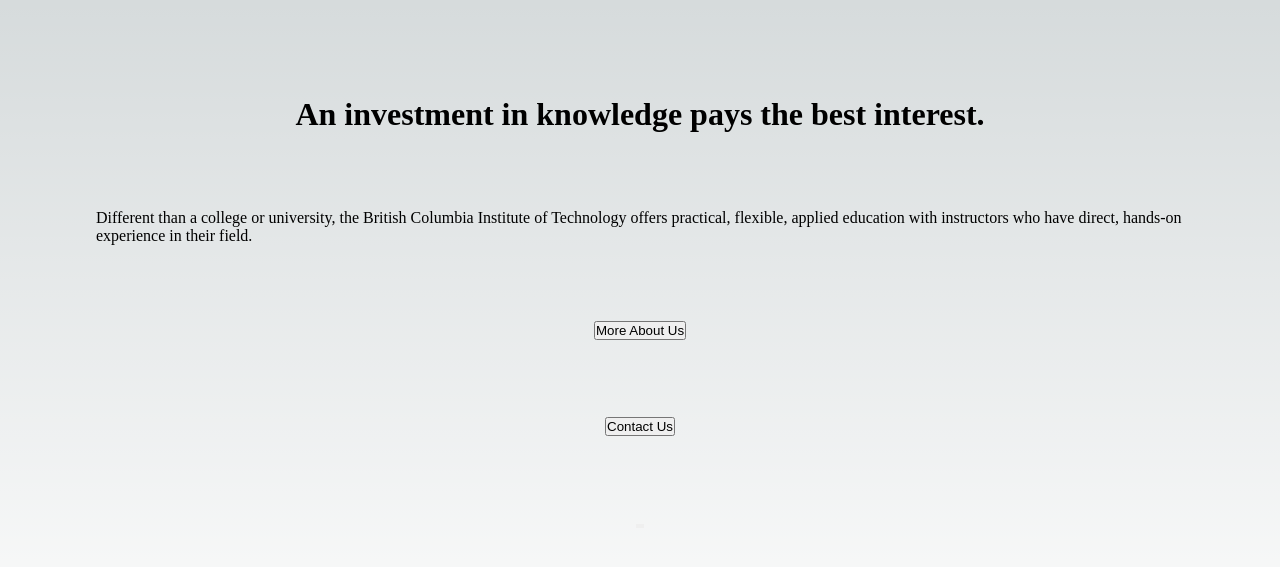
Repository: jennydmcm/assignment-1-playwright-site-A01338943
Page: /contact
An editor plug-in stored every save of this project. The page is shown before and after the next save, followed by the edit.
The browser window is 1280 px wide. The pictures show the whole page.
The project was rebuilt for these pictures with package versions that can differ from the ones it lists, and the page was loaded fresh each time. The framework's server and built-in components were replaced by stand-ins that run in the browser. Also part of the build but not shown: next.config.js.

Above is the page before, as saved 2023-02-03 15:22:32.

### pages/_app.js
import '../styles/globals.css'
import '../styles/variables.css'

function MyApp({ Component, pageProps }) {
  return <Component {...pageProps} />
}

export default MyApp

### pages/contact.js
import Head from 'next/head'
import Image from 'next/image'
import { Inter } from '@next/font/google'
import styles from '@/styles/Home.module.css'

const inter = Inter({ subsets: ['latin'] })

export default function Home() {
  return (
    <>
      <Head>
        <title>{'Contact Us'}</title>
        <meta name="description" content="Generated by create next app" />
        <meta name="viewport" content="width=device-width, initial-scale=1" />
        <meta name="author" content={'MDIA 2109'} />
        <meta property='og:title' content={'Assignment #1 - Contact Us Page'} />
        <meta property='og:description' content={'BCIT Digital Design and Development Diploma'} />
        <link rel="icon" href="/favicon.png" />
      </Head>
      <main className={styles.main}>
        <h1>{'An investment in knowledge pays the best interest.'}</h1>
        <p>{'Different than a college or university, the British Columbia Institute of Technology offers practical, flexible, applied education with instructors who have direct, hands-on experience in their field.'}</p>
        <button>More About Us</button>
        <button>Contact Us</button>
        <a>
          <button></button>
          <button></button>
         </a>
         <a>
          <span>
            <img></img>
          </span>
        </a>
      </main>
    </>
  )
}

### styles/variables.css
:root{
    --primary-color: #fff;
    --secondary-color: #f4d6b9;
    --ternary-color: #14343d;
    --quaternary-color: #14343d;
    --quinary-color: rgba(16,46,53,0.5);

}

### styles/Home.module.css
.main {
  display: flex;
  flex-direction: column;
  justify-content: space-between;
  align-items: center;
  padding: 6rem;
  min-height: 100vh;
}

.description {
  display: inherit;
  justify-content: inherit;
  align-items: inherit;
  font-size: 0.85rem;
  max-width: var(--max-width);
  width: 100%;
  z-index: 2;
  font-family: var(--font-mono);
}

.description a {
  display: flex;
  justify-content: center;
  align-items: center;
  gap: 0.5rem;
}

.description p {
  position: relative;
  margin: 0;
  padding: 1rem;
  background-color: rgba(var(--callout-rgb), 0.5);
  border: 1px solid rgba(var(--callout-border-rgb), 0.3);
  border-radius: var(--border-radius);
}

.code {
  font-weight: 700;
  font-family: var(--font-mono);
}

.grid {
  display: grid;
  grid-template-columns: repeat(4, minmax(25%, auto));
  width: var(--max-width);
  max-width: 100%;
}

.card {
  padding: 1rem 1.2rem;
  border-radius: var(--border-radius);
  background: rgba(var(--card-rgb), 0);
  border: 1px solid rgba(var(--card-border-rgb), 0);
  transition: background 200ms, border 200ms;
}

.card span {
  display: inline-block;
  transition: transform 200ms;
}

.card h2 {
  font-weight: 600;
  margin-bottom: 0.7rem;
}

.card p {
  margin: 0;
  opacity: 0.6;
  font-size: 0.9rem;
  line-height: 1.5;
  max-width: 30ch;
}

.center {
  display: flex;
  justify-content: center;
  align-items: center;
  position: relative;
  padding: 4rem 0;
}

.center::before {
  background: var(--secondary-glow);
  border-radius: 50%;
  width: 480px;
  height: 360px;
  margin-left: -400px;
}

.center::after {
  background: var(--primary-glow);
  width: 240px;
  height: 180px;
  z-index: -1;
}

.center::before,
.center::after {
  content: '';
  left: 50%;
  position: absolute;
  filter: blur(45px);
  transform: translateZ(0);
}

.logo,
.thirteen {
  position: relative;
}

.thirteen {
  display: flex;
  justify-content: center;
  align-items: center;
  width: 75px;
  height: 75px;
  padding: 25px 10px;
  margin-left: 16px;
  transform: translateZ(0);
  border-radius: var(--border-radius);
  overflow: hidden;
  box-shadow: 0px 2px 8px -1px #0000001a;
}

.thirteen::before,
.thirteen::after {
  content: '';
  position: absolute;
  z-index: -1;
}

/* Conic Gradient Animation */
.thirteen::before {
  animation: 6s rotate linear infinite;
  width: 200%;
  height: 200%;
  background: var(--tile-border);
}

/* Inner Square */
.thirteen::after {
  inset: 0;
  padding: 1px;
  border-radius: var(--border-radius);
  background: linear-gradient(
    to bottom right,
    rgba(var(--tile-start-rgb), 1),
    rgba(var(--tile-end-rgb), 1)
  );
  background-clip: content-box;
}

/* Enable hover only on non-touch devices */
@media (hover: hover) and (pointer: fine) {
  .card:hover {
    background: rgba(var(--card-rgb), 0.1);
    border: 1px solid rgba(var(--card-border-rgb), 0.15);
  }

  .card:hover span {
    transform: translateX(4px);
  }
}

@media (prefers-reduced-motion) {
  .thirteen::before {
    animation: none;
  }

  .card:hover span {
    transform: none;
  }
}

/* Tablet */
@media (min-width:600px) and (max-width: 1000px){

}

/* Mobile */
@media (max-width: 600px) {
  .content {
    padding: 4rem;
  }

  .grid {
    grid-template-columns: 1fr;
    margin-bottom: 120px;
    max-width: 320px;
    text-align: center;
  }

  .card {
    padding: 1rem 2.5rem;
  }

  .card h2 {
    margin-bottom: 0.5rem;
  }

  .center {
    padding: 8rem 0 6rem;
  }

  .center::before {
    transform: none;
    height: 300px;
  }

  .description {
    font-size: 0.8rem;
  }

  .description a {
    padding: 1rem;
  }

  .description p,
  .description div {
    display: flex;
    justify-content: center;
    position: fixed;
    width: 100%;
  }

  .description p {
    align-items: center;
    inset: 0 0 auto;
    padding: 2rem 1rem 1.4rem;
    border-radius: 0;
    border: none;
    border-bottom: 1px solid rgba(var(--callout-border-rgb), 0.25);
    background: linear-gradient(
      to bottom,
      rgba(var(--background-start-rgb), 1),
      rgba(var(--callout-rgb), 0.5)
    );
    background-clip: padding-box;
    backdrop-filter: blur(24px);
  }

  .description div {
    align-items: flex-end;
    pointer-events: none;
    inset: auto 0 0;
    padding: 2rem;
    height: 200px;
    background: linear-gradient(
      to bottom,
      transparent 0%,
      rgb(var(--background-end-rgb)) 40%
    );
    z-index: 1;
  }
}

/* Tablet and Smaller Desktop */
@media (min-width: 701px) and (max-width: 1120px) {
  .grid {
    grid-template-columns: repeat(2, 50%);
  }
}

@media (prefers-color-scheme: dark) {
  .vercelLogo {
    filter: invert(1);
  }

  .logo,
  .thirteen img {
    filter: invert(1) drop-shadow(0 0 0.3rem #ffffff70);
  }
}

@keyframes rotate {
  from {
    transform: rotate(360deg);
  }
  to {
    transform: rotate(0deg);
  }
}

Loaded but not shown: pages/_document.js (common file); styles/globals.css (common file)

After the next save:
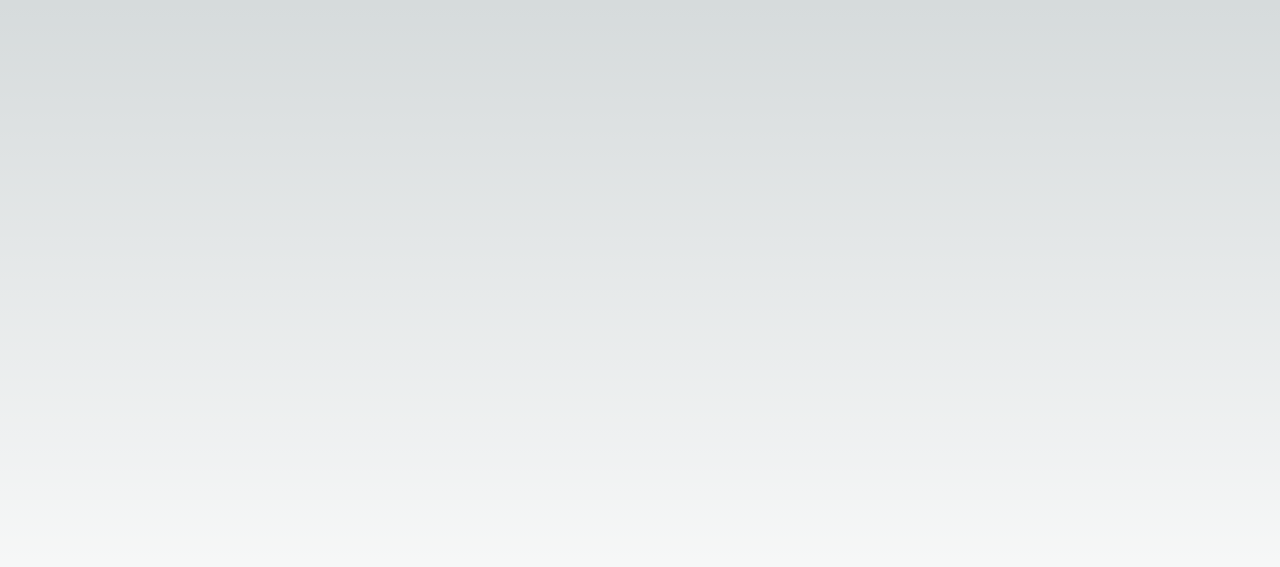
Saved 26 s later.
--- a/pages/contact.js
+++ b/pages/contact.js
@@ -18,19 +18,7 @@
         <link rel="icon" href="/favicon.png" />
       </Head>
       <main className={styles.main}>
-        <h1>{'An investment in knowledge pays the best interest.'}</h1>
-        <p>{'Different than a college or university, the British Columbia Institute of Technology offers practical, flexible, applied education with instructors who have direct, hands-on experience in their field.'}</p>
-        <button>More About Us</button>
-        <button>Contact Us</button>
-        <a>
-          <button></button>
-          <button></button>
-         </a>
-         <a>
-          <span>
-            <img></img>
-          </span>
-        </a>
+
       </main>
     </>
   )
